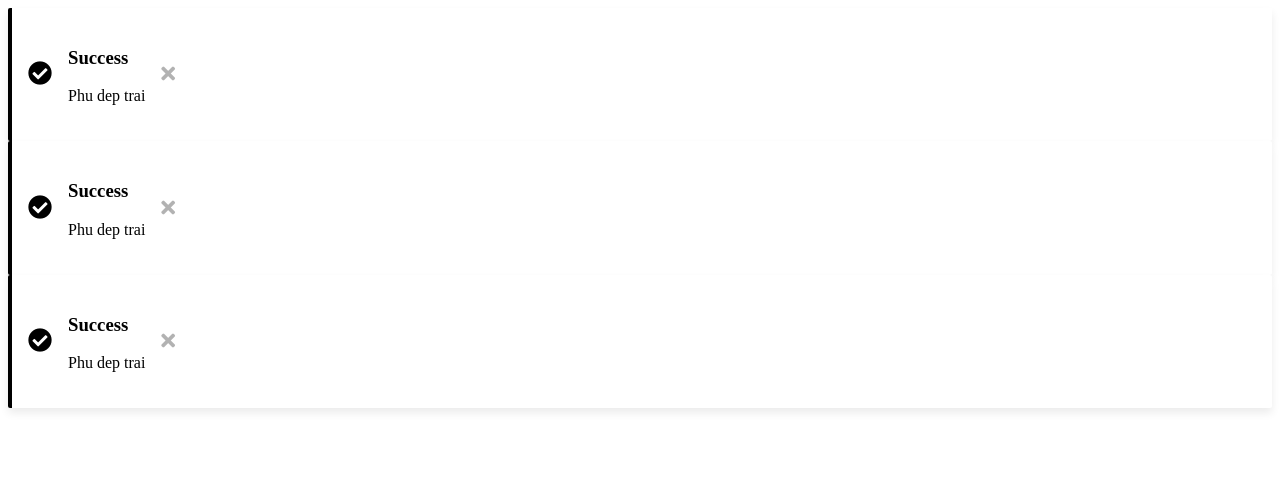
Repository: phunobi1807/theband
Page: btn.html
These files come from the project's save history. The page is drawn as it stood at one moment and after the next save; the edit follows.
The browser window is 1280 px wide. The pictures show the whole page.

Above is the page before, as saved 2021-06-12 12:24:54.

### btn.html
<!DOCTYPE html>
<html lang="en">
<head>
    <meta charset="UTF-8">
    <meta http-equiv="X-UA-Compatible" content="IE=edge">
    <meta name="viewport" content="width=device-width, initial-scale=1.0">
    <title>Document</title>
    <link rel="stylesheet" href="https://use.fontawesome.com/releases/v5.15.3/css/all.css" integrity="sha384-SZXxX4whJ79/gErwcOYf+zWLeJdY/qpuqC4cAa9rOGUstPomtqpuNWT9wdPEn2fk" crossorigin="anonymous">
    <link rel="stylesheet" href="./btn.css">
</head>
<body>
    <div>
        <div class="toast">
            <div class="toast__icon">
                <i class="fas fa-check-circle"></i>
            </div>
            <div class="toast__body">
                <h3 class="toast__title">
                     Success
                </h3>
                <p class="toast__msg">
                    Phu dep trai
                </p>
            </div>
            <div class="toast__close">
                <i class="fas fa-times"></i>
            </div>
        </div>


        <div class="toast">
            <div class="toast__icon">
                <i class="fas fa-check-circle"></i>
            </div>
            <div class="toast__body">
                <h3 class="toast__title">
                     Success
                </h3>
                <p class="toast__msg">
                    Phu dep trai
                </p>
            </div>
            <div class="toast__close">
                <i class="fas fa-times"></i>
            </div>
        </div>


        <div class="toast">
            <div class="toast__icon">
                <i class="fas fa-check-circle"></i>
            </div>
            <div class="toast__body">
                <h3 class="toast__title">
                     Success
                </h3>
                <p class="toast__msg">
                    Phu dep trai
                </p>
            </div>
            <div class="toast__close">
                <i class="fas fa-times"></i>
            </div>
        </div>
    </div>
</body>
</html>

### btn.css

.toast
{

    display: flex;
    align-items: center;
    background: #fff;
    border-radius: 2px;
    padding: 20px 0px;
    border-left: 4px solid;
    box-shadow: 0 5px 8px rgba(0, 0, 0, 0.08);
}
.toast__icon
{
font-size: 24px;
}
.toast__icon,
.toast__close
{
    padding: 0px 16px;
}
.toast__body
{

}
.toast__title
{

}
.toast__msg
{

}
.toast__close
{
    font-size: 20px;
    color: rgba(0, 0, 0, 0.3);
}

After the next save:
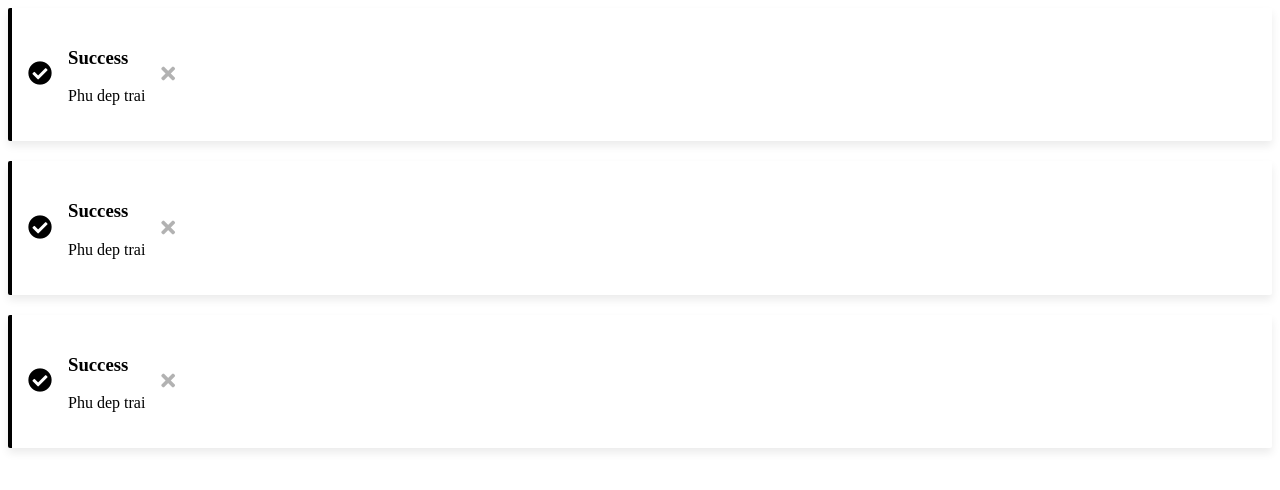
Saved 63 s later.
--- a/btn.css
+++ b/btn.css
@@ -13,6 +13,10 @@
 .toast__icon
 {
 font-size: 24px;
+}
+.toast + .toast
+{
+    margin-top: 20px;
 }
 .toast__icon,
 .toast__close
